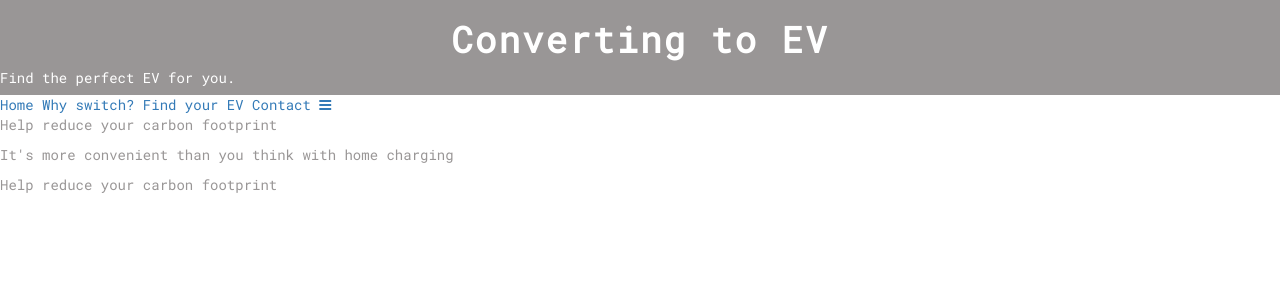
Repository: gnisco/project-2
Page: index.html
The author's editor kept a record of every edit. The page is drawn from the files as they stood at one moment, then again after the next edit.
The browser window is 1280 px wide. The pictures show the whole page.
Some web libraries are served in a nearby version.

Above is the page before.

After the next edit:
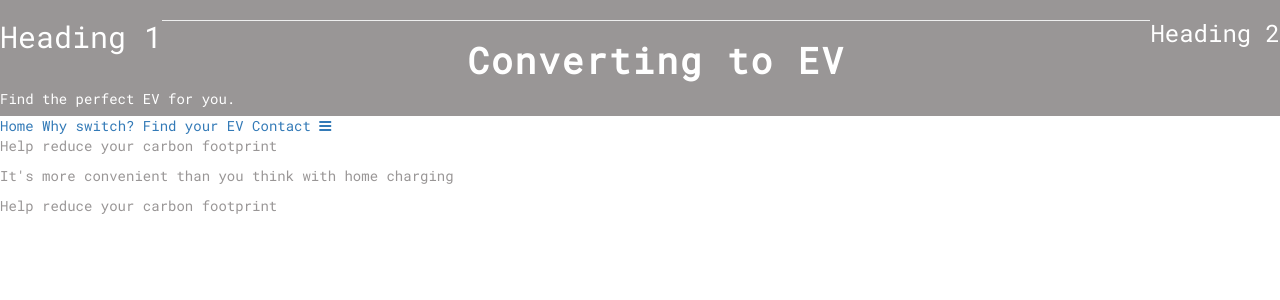
The edit:
--- a/index.html
+++ b/index.html
@@ -13,6 +13,11 @@
     <header class="container-fluid">
         <div class="col">
             <div class="row bg-color-name-title">
+                <div style="clear: both">
+                    <h2 style="float: left">Heading 1</h2>
+                    <h3 style="float: right">Heading 2</h3>
+                </div>
+                <hr />
                 <div class="col heading">
                     <h1 class="title">Converting to EV</h1>
                 </div>
